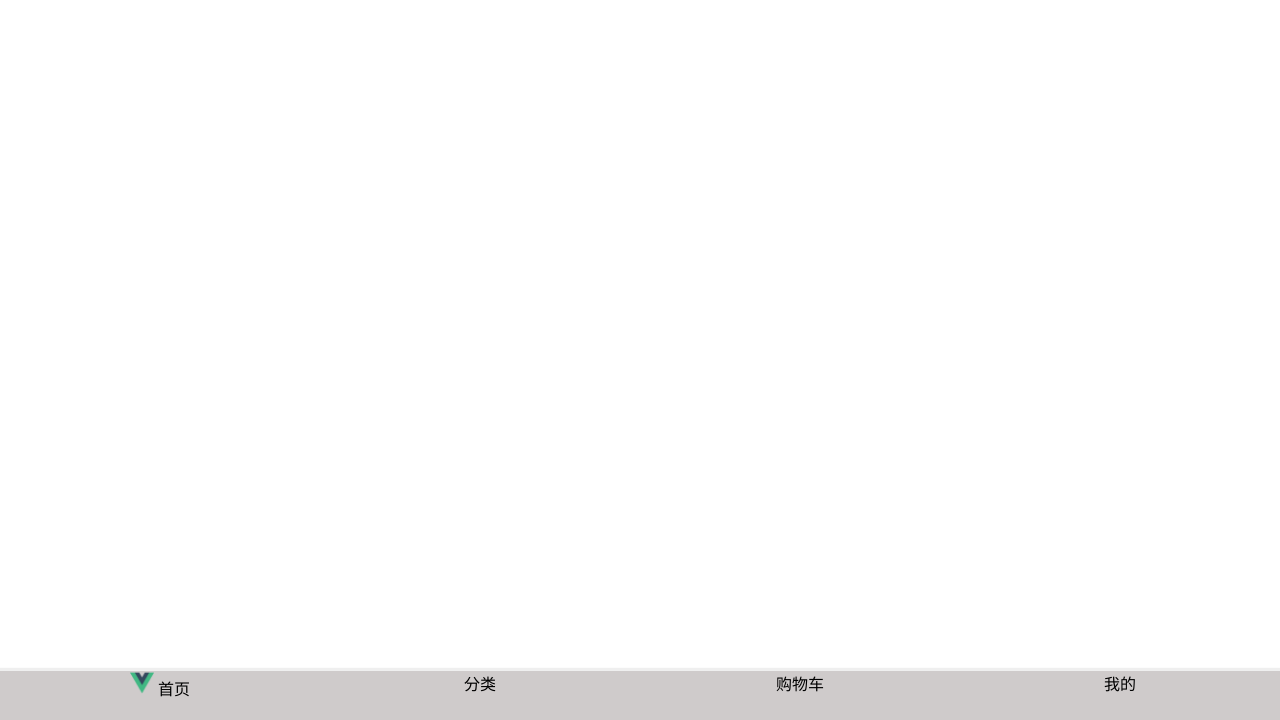
Repository: Shelwinliu/mobile-tabbar-demo
Page: /
These files come from the project's save history. The page is drawn as it stood at one moment and after the next save; the edit follows.
The browser window is 1280 px wide. The pictures show the whole page.
The project was rebuilt for these pictures with package versions that can differ from the ones it lists, and the page was loaded fresh each time. Also part of the build but not shown: vue.config.js.

Above is the page before, as saved 2021-07-17 17:14:47.

After the next save:
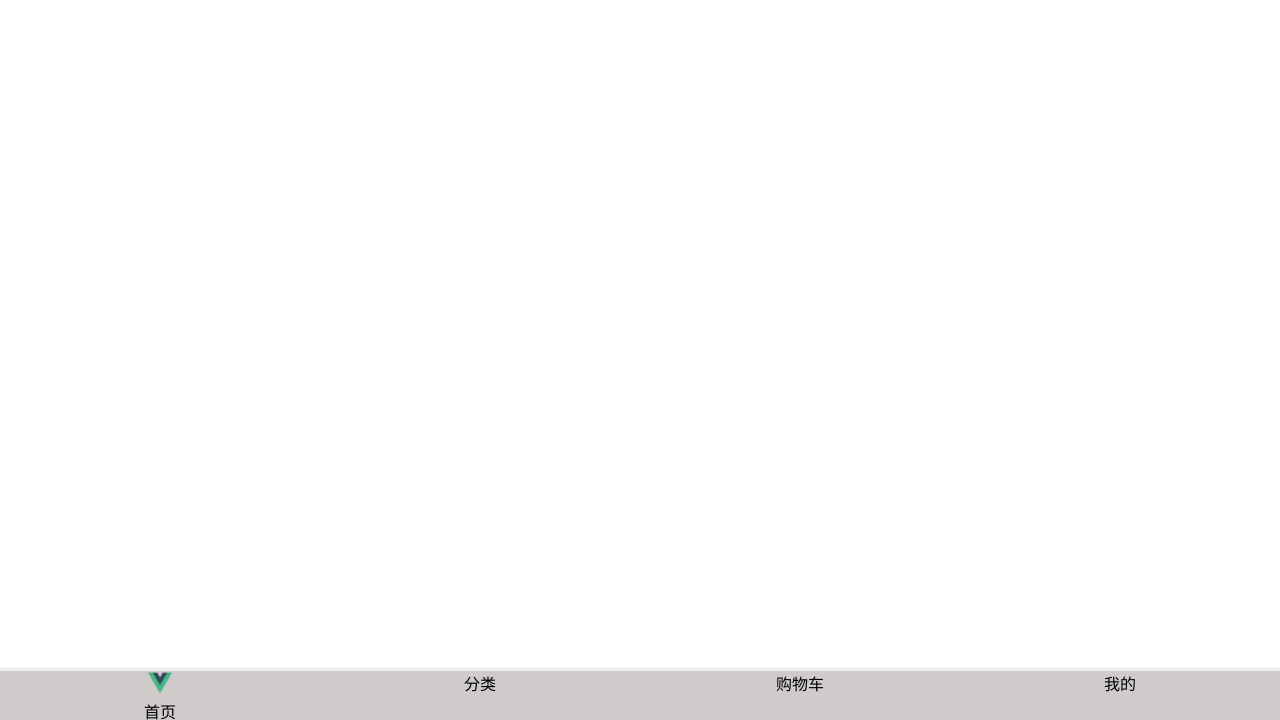
Saved 31 s later.
--- a/src/components/tabbar/TabBar.vue
+++ b/src/components/tabbar/TabBar.vue
@@ -3,7 +3,7 @@
    <div id="tabbar">
       <div class="tab-bar-item">
         <img src="../../assets/logo.png" alt="">
-        首页
+        <div>首页</div>
         </div>
       <div class="tab-bar-item">分类</div>
       <div class="tab-bar-item">购物车</div>
